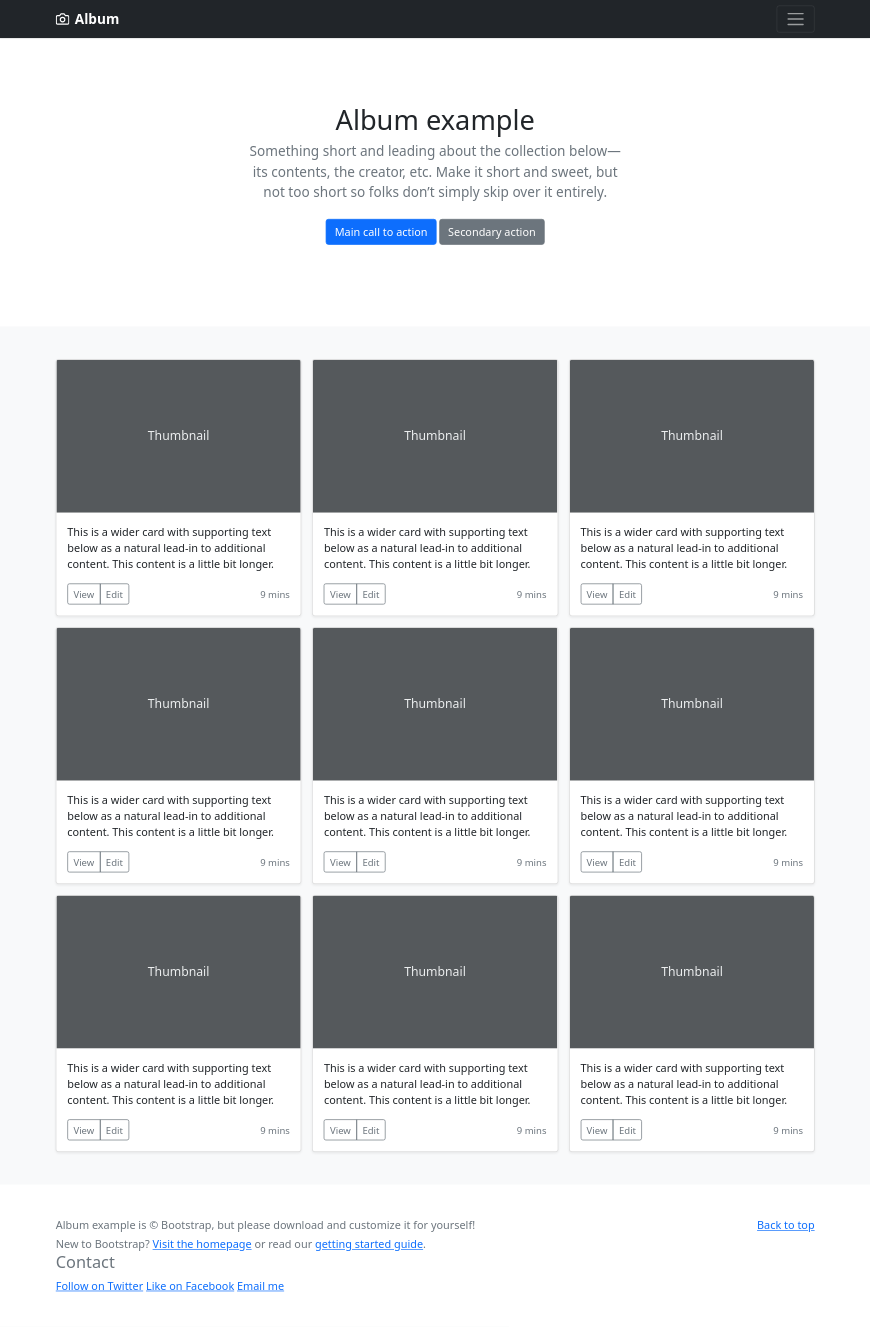
Repository: harshi93/pythonProjects
Page: http://localhost/jobs
These files come from the project's save history. The page is drawn as it stood at one moment and after the next save; the edit follows.
The browser window is 1280 px wide. The pictures show the whole page, at 68% of full size.
The page is served by the project's application, run on Django 3.2 (manage.py). Other server files are loaded and not shown.

Above is the page before, as saved 2021-07-29 03:13:35.

### portfolio/jobs/templates/experience/exp.html
<!doctype html>
<html lang="en">
  <head>
    <meta charset="utf-8">
    <meta name="viewport" content="width=device-width, initial-scale=1">
    <meta name="description" content="">
    <meta name="author" content="Mark Otto, Jacob Thornton, and Bootstrap contributors">
    <meta name="generator" content="Hugo 0.84.0">
    <title>Album example · Bootstrap v5.0</title>

    <link rel="canonical" href="https://getbootstrap.com/docs/5.0/examples/album/">



    <!-- Bootstrap core CSS -->
    <link href="https://cdn.jsdelivr.net/npm/bootstrap@5.0.2/dist/css/bootstrap.min.css" rel="stylesheet" integrity="sha384-EVSTQN3/azprG1Anm3QDgpJLIm9Nao0Yz1ztcQTwFspd3yD65VohhpuuCOmLASjC" crossorigin="anonymous">
    <!-- Favicons -->
<link rel="apple-touch-icon" href="/docs/5.0/assets/img/favicons/apple-touch-icon.png" sizes="180x180">
<link rel="icon" href="/docs/5.0/assets/img/favicons/favicon-32x32.png" sizes="32x32" type="image/png">
<link rel="icon" href="/docs/5.0/assets/img/favicons/favicon-16x16.png" sizes="16x16" type="image/png">
<link rel="manifest" href="/docs/5.0/assets/img/favicons/manifest.json">
<link rel="mask-icon" href="/docs/5.0/assets/img/favicons/safari-pinned-tab.svg" color="#7952b3">
<link rel="icon" href="/docs/5.0/assets/img/favicons/favicon.ico">
<meta name="theme-color" content="#7952b3">


    <style>
      .bd-placeholder-img {
        font-size: 1.125rem;
        text-anchor: middle;
        -webkit-user-select: none;
        -moz-user-select: none;
        user-select: none;
      }

      @media (min-width: 768px) {
        .bd-placeholder-img-lg {
          font-size: 3.5rem;
        }
      }
    </style>


  </head>
  <body>

<header>
  <div class="collapse bg-dark" id="navbarHeader">
    <div class="container">
      <div class="row">
        <div class="col-sm-8 col-md-7 py-4">
          <h4 class="text-white">About</h4>
          <p class="text-muted">Add some information about the album below, the author, or any other background context. Make it a few sentences long so folks can pick up some informative tidbits. Then, link them off to some social networking sites or contact information.</p>
        </div>

      </div>
    </div>
  </div>
  <div class="navbar navbar-dark bg-dark shadow-sm">
    <div class="container">
      <a href="#" class="navbar-brand d-flex align-items-center">
        <svg xmlns="http://www.w3.org/2000/svg" width="20" height="20" fill="none" stroke="currentColor" stroke-linecap="round" stroke-linejoin="round" stroke-width="2" aria-hidden="true" class="me-2" viewBox="0 0 24 24"><path d="M23 19a2 2 0 0 1-2 2H3a2 2 0 0 1-2-2V8a2 2 0 0 1 2-2h4l2-3h6l2 3h4a2 2 0 0 1 2 2z"/><circle cx="12" cy="13" r="4"/></svg>
        <strong>Album</strong>
      </a>
      <button class="navbar-toggler" type="button" data-bs-toggle="collapse" data-bs-target="#navbarHeader" aria-controls="navbarHeader" aria-expanded="false" aria-label="Toggle navigation">
        <span class="navbar-toggler-icon"></span>
      </button>
    </div>
  </div>
</header>

<main>

  <section class="py-5 text-center container">
    <div class="row py-lg-5">
      <div class="col-lg-6 col-md-8 mx-auto">
        <h1 class="fw-light">Album example</h1>
        <p class="lead text-muted">Something short and leading about the collection below—its contents, the creator, etc. Make it short and sweet, but not too short so folks don’t simply skip over it entirely.</p>
        <p>
          <a href="#" class="btn btn-primary my-2">Main call to action</a>
          <a href="#" class="btn btn-secondary my-2">Secondary action</a>
        </p>
      </div>
    </div>
  </section>

  <div class="album py-5 bg-light">
    <div class="container">

      <div class="row row-cols-1 row-cols-sm-2 row-cols-md-3 g-3">
        <div class="col">
          <div class="card shadow-sm">
            <svg class="bd-placeholder-img card-img-top" width="100%" height="225" xmlns="http://www.w3.org/2000/svg" role="img" aria-label="Placeholder: Thumbnail" preserveAspectRatio="xMidYMid slice" focusable="false"><title>Placeholder</title><rect width="100%" height="100%" fill="#55595c"/><text x="50%" y="50%" fill="#eceeef" dy=".3em">Thumbnail</text></svg>

            <div class="card-body">
              <p class="card-text">This is a wider card with supporting text below as a natural lead-in to additional content. This content is a little bit longer.</p>
              <div class="d-flex justify-content-between align-items-center">
                <div class="btn-group">
                  <button type="button" class="btn btn-sm btn-outline-secondary">View</button>
                  <button type="button" class="btn btn-sm btn-outline-secondary">Edit</button>
                </div>
                <small class="text-muted">9 mins</small>
              </div>
            </div>
          </div>
        </div>
        <div class="col">
          <div class="card shadow-sm">
            <svg class="bd-placeholder-img card-img-top" width="100%" height="225" xmlns="http://www.w3.org/2000/svg" role="img" aria-label="Placeholder: Thumbnail" preserveAspectRatio="xMidYMid slice" focusable="false"><title>Placeholder</title><rect width="100%" height="100%" fill="#55595c"/><text x="50%" y="50%" fill="#eceeef" dy=".3em">Thumbnail</text></svg>

            <div class="card-body">
              <p class="card-text">This is a wider card with supporting text below as a natural lead-in to additional content. This content is a little bit longer.</p>
              <div class="d-flex justify-content-between align-items-center">
                <div class="btn-group">
                  <button type="button" class="btn btn-sm btn-outline-secondary">View</button>
                  <button type="button" class="btn btn-sm btn-outline-secondary">Edit</button>
                </div>
                <small class="text-muted">9 mins</small>
              </div>
            </div>
          </div>
        </div>
        <div class="col">
          <div class="card shadow-sm">
            <svg class="bd-placeholder-img card-img-top" width="100%" height="225" xmlns="http://www.w3.org/2000/svg" role="img" aria-label="Placeholder: Thumbnail" preserveAspectRatio="xMidYMid slice" focusable="false"><title>Placeholder</title><rect width="100%" height="100%" fill="#55595c"/><text x="50%" y="50%" fill="#eceeef" dy=".3em">Thumbnail</text></svg>

            <div class="card-body">
              <p class="card-text">This is a wider card with supporting text below as a natural lead-in to additional content. This content is a little bit longer.</p>
              <div class="d-flex justify-content-between align-items-center">
                <div class="btn-group">
                  <button type="button" class="btn btn-sm btn-outline-secondary">View</button>
                  <button type="button" class="btn btn-sm btn-outline-secondary">Edit</button>
                </div>
                <small class="text-muted">9 mins</small>
              </div>
            </div>
          </div>
        </div>

        <div class="col">
          <div class="card shadow-sm">
            <svg class="bd-placeholder-img card-img-top" width="100%" height="225" xmlns="http://www.w3.org/2000/svg" role="img" aria-label="Placeholder: Thumbnail" preserveAspectRatio="xMidYMid slice" focusable="false"><title>Placeholder</title><rect width="100%" height="100%" fill="#55595c"/><text x="50%" y="50%" fill="#eceeef" dy=".3em">Thumbnail</text></svg>

            <div class="card-body">
              <p class="card-text">This is a wider card with supporting text below as a natural lead-in to additional content. This content is a little bit longer.</p>
              <div class="d-flex justify-content-between align-items-center">
                <div class="btn-group">
                  <button type="button" class="btn btn-sm btn-outline-secondary">View</button>
                  <button type="button" class="btn btn-sm btn-outline-secondary">Edit</button>
                </div>
                <small class="text-muted">9 mins</small>
              </div>
            </div>
          </div>
        </div>
        <div class="col">
          <div class="card shadow-sm">
            <svg class="bd-placeholder-img card-img-top" width="100%" height="225" xmlns="http://www.w3.org/2000/svg" role="img" aria-label="Placeholder: Thumbnail" preserveAspectRatio="xMidYMid slice" focusable="false"><title>Placeholder</title><rect width="100%" height="100%" fill="#55595c"/><text x="50%" y="50%" fill="#eceeef" dy=".3em">Thumbnail</text></svg>

            <div class="card-body">
              <p class="card-text">This is a wider card with supporting text below as a natural lead-in to additional content. This content is a little bit longer.</p>
              <div class="d-flex justify-content-between align-items-center">
                <div class="btn-group">
                  <button type="button" class="btn btn-sm btn-outline-secondary">View</button>
                  <button type="button" class="btn btn-sm btn-outline-secondary">Edit</button>
                </div>
                <small class="text-muted">9 mins</small>
              </div>
            </div>
          </div>
        </div>
        <div class="col">
          <div class="card shadow-sm">
            <svg class="bd-placeholder-img card-img-top" width="100%" height="225" xmlns="http://www.w3.org/2000/svg" role="img" aria-label="Placeholder: Thumbnail" preserveAspectRatio="xMidYMid slice" focusable="false"><title>Placeholder</title><rect width="100%" height="100%" fill="#55595c"/><text x="50%" y="50%" fill="#eceeef" dy=".3em">Thumbnail</text></svg>

            <div class="card-body">
              <p class="card-text">This is a wider card with supporting text below as a natural lead-in to additional content. This content is a little bit longer.</p>
              <div class="d-flex justify-content-between align-items-center">
                <div class="btn-group">
                  <button type="button" class="btn btn-sm btn-outline-secondary">View</button>
                  <button type="button" class="btn btn-sm btn-outline-secondary">Edit</button>
                </div>
                <small class="text-muted">9 mins</small>
              </div>
            </div>
          </div>
        </div>

        <div class="col">
          <div class="card shadow-sm">
            <svg class="bd-placeholder-img card-img-top" width="100%" height="225" xmlns="http://www.w3.org/2000/svg" role="img" aria-label="Placeholder: Thumbnail" preserveAspectRatio="xMidYMid slice" focusable="false"><title>Placeholder</title><rect width="100%" height="100%" fill="#55595c"/><text x="50%" y="50%" fill="#eceeef" dy=".3em">Thumbnail</text></svg>

            <div class="card-body">
              <p class="card-text">This is a wider card with supporting text below as a natural lead-in to additional content. This content is a little bit longer.</p>
              <div class="d-flex justify-content-between align-items-center">
                <div class="btn-group">
                  <button type="button" class="btn btn-sm btn-outline-secondary">View</button>
                  <button type="button" class="btn btn-sm btn-outline-secondary">Edit</button>
                </div>
                <small class="text-muted">9 mins</small>
              </div>
            </div>
          </div>
        </div>
        <div class="col">
          <div class="card shadow-sm">
            <svg class="bd-placeholder-img card-img-top" width="100%" height="225" xmlns="http://www.w3.org/2000/svg" role="img" aria-label="Placeholder: Thumbnail" preserveAspectRatio="xMidYMid slice" focusable="false"><title>Placeholder</title><rect width="100%" height="100%" fill="#55595c"/><text x="50%" y="50%" fill="#eceeef" dy=".3em">Thumbnail</text></svg>

            <div class="card-body">
              <p class="card-text">This is a wider card with supporting text below as a natural lead-in to additional content. This content is a little bit longer.</p>
              <div class="d-flex justify-content-between align-items-center">
                <div class="btn-group">
                  <button type="button" class="btn btn-sm btn-outline-secondary">View</button>
                  <button type="button" class="btn btn-sm btn-outline-secondary">Edit</button>
                </div>
                <small class="text-muted">9 mins</small>
              </div>
            </div>
          </div>
        </div>
        <div class="col">
          <div class="card shadow-sm">
            <svg class="bd-placeholder-img card-img-top" width="100%" height="225" xmlns="http://www.w3.org/2000/svg" role="img" aria-label="Placeholder: Thumbnail" preserveAspectRatio="xMidYMid slice" focusable="false"><title>Placeholder</title><rect width="100%" height="100%" fill="#55595c"/><text x="50%" y="50%" fill="#eceeef" dy=".3em">Thumbnail</text></svg>

            <div class="card-body">
              <p class="card-text">This is a wider card with supporting text below as a natural lead-in to additional content. This content is a little bit longer.</p>
              <div class="d-flex justify-content-between align-items-center">
                <div class="btn-group">
                  <button type="button" class="btn btn-sm btn-outline-secondary">View</button>
                  <button type="button" class="btn btn-sm btn-outline-secondary">Edit</button>
                </div>
                <small class="text-muted">9 mins</small>
              </div>
            </div>
          </div>
        </div>
      </div>
    </div>
  </div>

</main>

<footer class="text-muted py-5">
  <div class="container">
    <p class="float-end mb-1">
      <a href="#">Back to top</a>
    </p>
    <p class="mb-1">Album example is &copy; Bootstrap, but please download and customize it for yourself!</p>
    <p class="mb-0">New to Bootstrap? <a href="/">Visit the homepage</a> or read our <a href="/docs/5.0/getting-started/introduction/">getting started guide</a>.</p>
    <h4 class="text-black">Contact</h4>
    <a href="#" class="text-black">Follow on Twitter</a>
    <a href="#" class="text-black">Like on Facebook</a>
    <a href="#" class="text-black">Email me</a>
  </div>
</footer>


<script src="https://cdn.jsdelivr.net/npm/bootstrap@5.0.2/dist/js/bootstrap.bundle.min.js" integrity="sha384-MrcW6ZMFYlzcLA8Nl+NtUVF0sA7MsXsP1UyJoMp4YLEuNSfAP+JcXn/tWtIaxVXM" crossorigin="anonymous"></script>

  </body>
</html>

### portfolio/jobs/views.py
from django.shortcuts import render
from .models import Job

# Create your views here.
def experience(request):
    jobs = Job.objects
    return render(request, 'experience/exp.html', {'jobs':jobs})

### portfolio/portfolio/urls.py
"""portfolio URL Configuration

The `urlpatterns` list routes URLs to views. For more information please see:
    https://docs.djangoproject.com/en/3.0/topics/http/urls/
Examples:
Function views
    1. Add an import:  from my_app import views
    2. Add a URL to urlpatterns:  path('', views.home, name='home')
Class-based views
    1. Add an import:  from other_app.views import Home
    2. Add a URL to urlpatterns:  path('', Home.as_view(), name='home')
Including another URLconf
    1. Import the include() function: from django.urls import include, path
    2. Add a URL to urlpatterns:  path('blog/', include('blog.urls'))
"""
from django.contrib import admin
from django.urls import path
import jobs.views

urlpatterns = [
    path('admin/', admin.site.urls),
    path('jobs', jobs.views.experience, name='experience'),
]

After the next save:
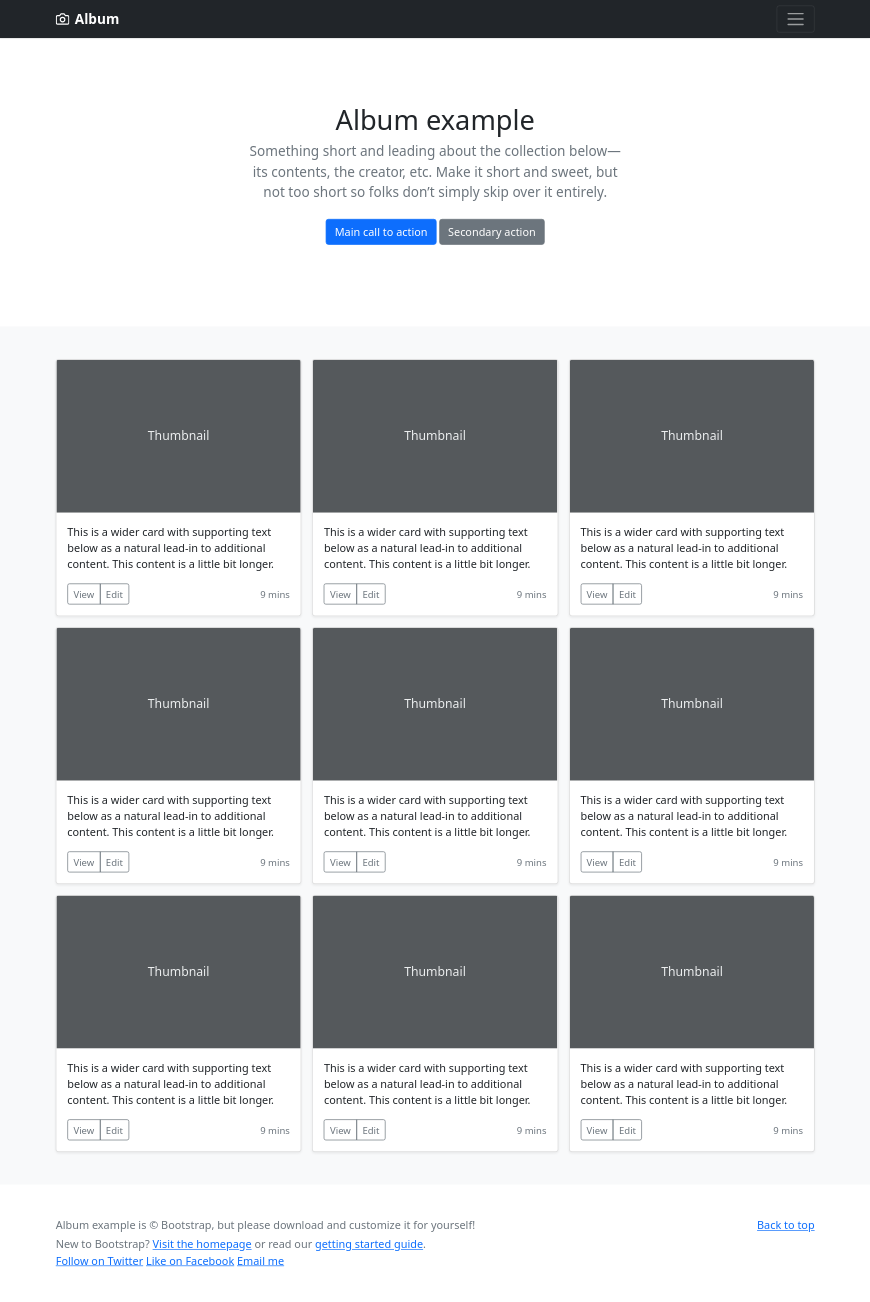
Saved 29 s later.
--- a/portfolio/jobs/templates/experience/exp.html
+++ b/portfolio/jobs/templates/experience/exp.html
@@ -247,7 +247,6 @@
     </p>
     <p class="mb-1">Album example is &copy; Bootstrap, but please download and customize it for yourself!</p>
     <p class="mb-0">New to Bootstrap? <a href="/">Visit the homepage</a> or read our <a href="/docs/5.0/getting-started/introduction/">getting started guide</a>.</p>
-    <h4 class="text-black">Contact</h4>
     <a href="#" class="text-black">Follow on Twitter</a>
     <a href="#" class="text-black">Like on Facebook</a>
     <a href="#" class="text-black">Email me</a>
